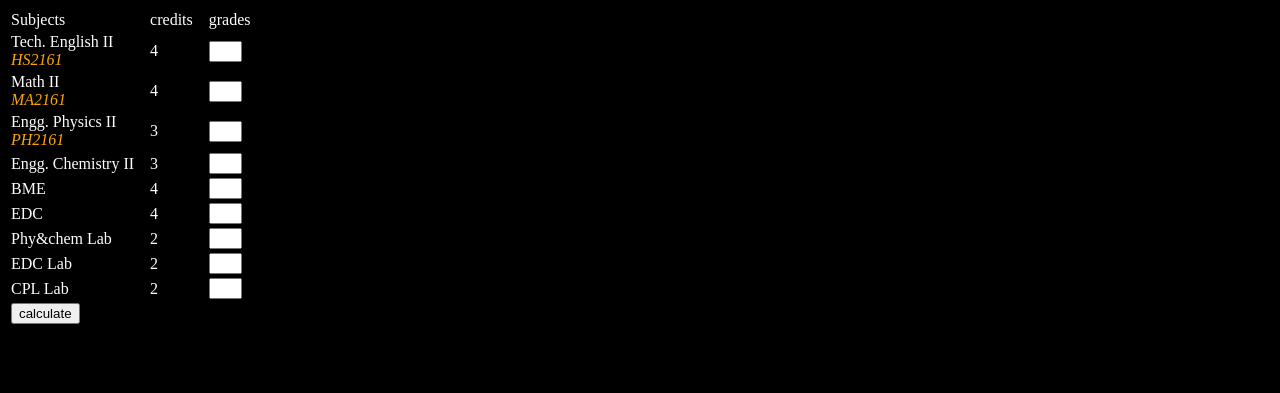
Repository: vigineshs/Mobile-Applications
Page: AnnaUniv GPA Calc/AnnaUniv GPA Calculator Updated/assets/www/ece08sem2.html
An editor plug-in stored every save of this project. The page is shown before and after the next save, followed by the edit.
The browser window is 1280 px wide. The pictures show the whole page.

Above is the page before, as saved 2012-05-08 11:26:40.

After the next save:
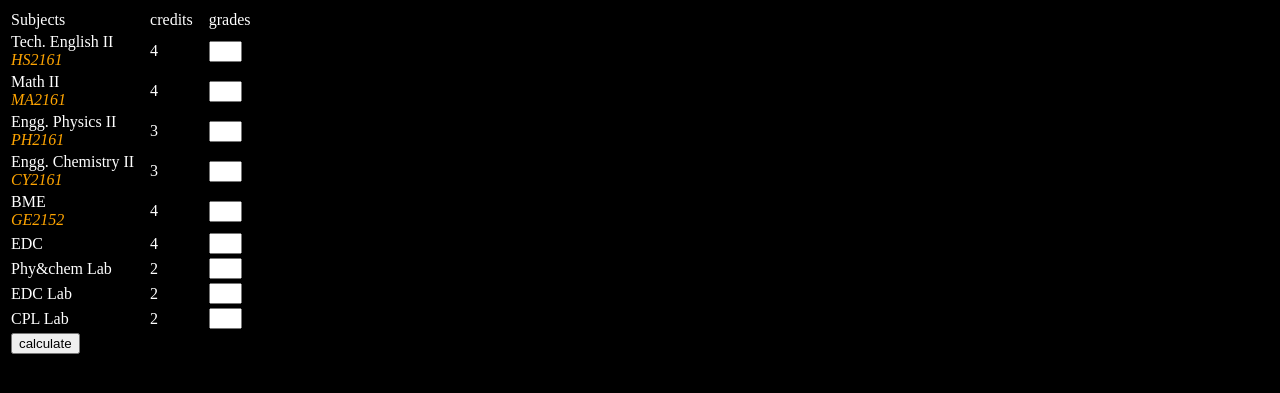
Saved 24 s later.
--- a/AnnaUniv GPA Calc/AnnaUniv GPA Calculator Updated/assets/www/ece08sem2.html
+++ b/AnnaUniv GPA Calc/AnnaUniv GPA Calculator Updated/assets/www/ece08sem2.html
@@ -218,8 +218,8 @@ window.alert(g);
 Tech. English II <br /><i style="color:orange">HS2161</i></td><td>&nbsp;&nbsp;&nbsp;4</td> <td>&nbsp;&nbsp;&nbsp;<input type="text" size="1" name="t1" /></td></tr>
 <tr><td>Math II<br /><i style="color:orange">MA2161</i></td><td>&nbsp;&nbsp;&nbsp;4</td> <td>&nbsp;&nbsp;&nbsp;<input type="text" size="1" name="t2" /></td></tr>
 <tr><td>Engg. Physics II <br /><i style="color:orange">PH2161</i></td><td>&nbsp;&nbsp;&nbsp;3</td><td>&nbsp;&nbsp;&nbsp;<input type="text" size="1" name="t3" /></td></tr>
-<tr><td>Engg. Chemistry II</td> <td>&nbsp;&nbsp;&nbsp;3</td><td>&nbsp;&nbsp;&nbsp;<input type="text" size="1" name="t4" /></td></tr>
-<tr><td>BME</td><td>&nbsp;&nbsp;&nbsp;4</td> <td>&nbsp;&nbsp;&nbsp;<input type="text" size="1" name="t5" /></td></tr>
+<tr><td>Engg. Chemistry II <br /><i style="color:orange">CY2161</i></td> <td>&nbsp;&nbsp;&nbsp;3</td><td>&nbsp;&nbsp;&nbsp;<input type="text" size="1" name="t4" /></td></tr>
+<tr><td>BME<br /><i style="color:orange">GE2152</i></td><td>&nbsp;&nbsp;&nbsp;4</td> <td>&nbsp;&nbsp;&nbsp;<input type="text" size="1" name="t5" /></td></tr>
 <tr><td>EDC</td> <td>&nbsp;&nbsp;&nbsp;4</td><td>&nbsp;&nbsp;&nbsp;<input type="text" size="1" name="t6" /></td></tr>
 <tr><td>Phy&chem Lab</td><td>&nbsp;&nbsp;&nbsp;2</td> <td>&nbsp;&nbsp;&nbsp;<input type="text" size="1" name="t7" /></td></tr>
 <tr><td>EDC Lab</td><td>&nbsp;&nbsp;&nbsp;2</td> <td>&nbsp;&nbsp;&nbsp;<input type="text" size="1" name="t8" /></td></tr>
